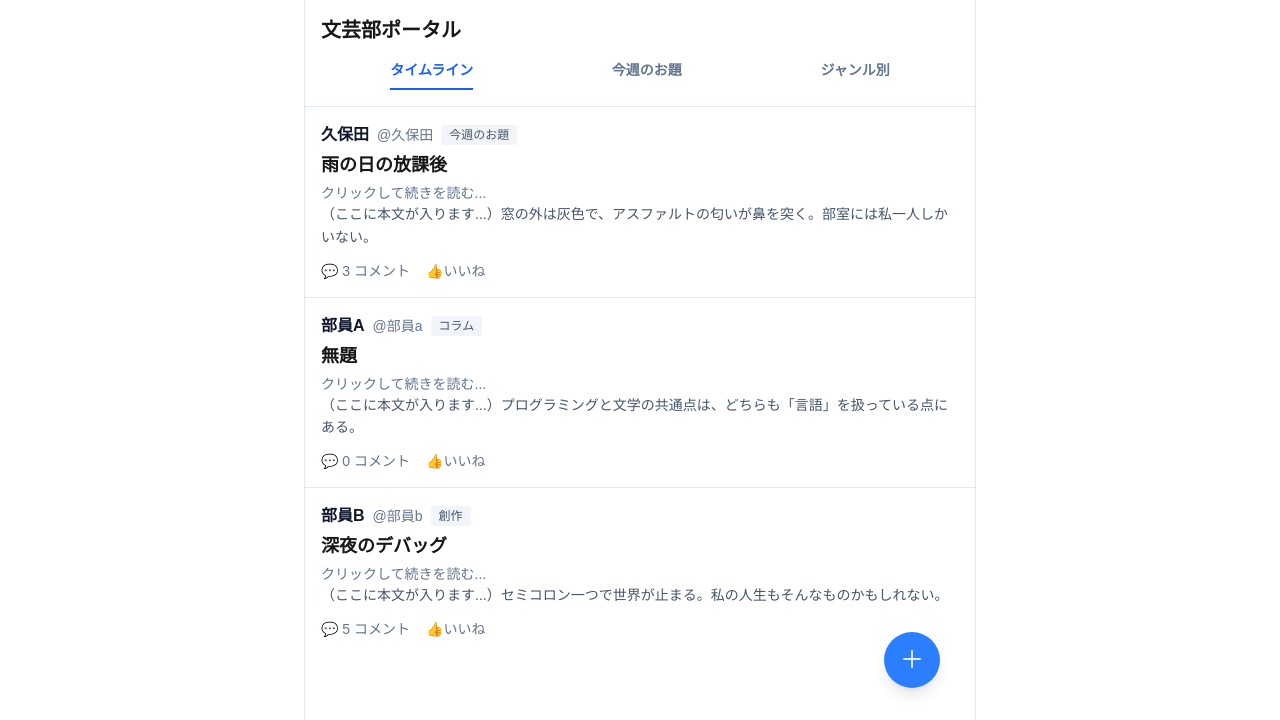
Repository: P-man2976/Literary-club-app
Page: /
The author's editor kept a copy of each file at every save. The page is drawn from the files as they stood at one save, then again after a run of saves.
The browser window is 1280 px wide. The pictures show the whole page.
The project was rebuilt for these pictures with package versions that can differ from the ones it lists, and the page was loaded fresh each time. The framework's server and built-in components were replaced by stand-ins that run in the browser. Also part of the build but not shown: next.config.ts.

Above is the page before, as saved 2026-01-31 11:10:30.

### app/page.tsx
"use client"; // クライアントサイドでの動き（クリックなど）がある場合に必要です

import { useState } from "react";

export default function Home() {
  // 現在開いている投稿のIDを記録する「State」
  // nullなら何も開いていない、数字が入っていればそのIDの投稿が開いている
  const [openPostId, setOpenPostId] = useState<number | null>(null);

  // 仮の投稿データ（後でデータベースと繋ぎます）
  const posts = [
    { id: 1, author: "久保田", title: "雨の日の放課後", body: "（ここに本文が入ります...）窓の外は灰色で、アスファルトの匂いが鼻を突く。部室には私一人しかいない。", comments: 3, tag: "今週のお題" },
    { id: 2, author: "部員A", title: "無題", body: "（ここに本文が入ります...）プログラミングと文学の共通点は、どちらも「言語」を扱っている点にある。", comments: 0, tag: "コラム" },
    { id: 3, author: "部員B", title: "深夜のデバッグ", body: "（ここに本文が入ります...）セミコロン一つで世界が止まる。私の人生もそんなものかもしれない。", comments: 5, tag: "創作" },
  ];

  const togglePost = (id: number) => {
    // すでに開いているIDをもう一度クリックしたら閉じる(nullにする)
    setOpenPostId(openPostId === id ? null : id);
  };

  return (
    <main className="min-h-screen bg-white max-w-2xl mx-auto border-x border-slate-200">
      {/* ヘッダー */}
      <header className="sticky top-0 bg-white/80 backdrop-blur-md border-b border-slate-200 p-4">
        <h1 className="text-xl font-bold">文芸部ポータル</h1>
        {/* タブ切り替え（Twitter風） */}
        <div className="flex mt-4 justify-around text-sm font-bold text-slate-500">
          <div className="text-blue-600 border-b-2 border-blue-600 pb-2 cursor-pointer">タイムライン</div>
          <div className="hover:text-slate-900 cursor-pointer">今週のお題</div>
          <div className="hover:text-slate-900 cursor-pointer">ジャンル別</div>
        </div>
      </header>

      {/* 投稿一覧（タイムライン） */}
      <div className="divide-y divide-slate-200">
        {posts.map((post) => (
          <article key={post.id} className="p-4 hover:bg-slate-50 transition cursor-pointer" onClick={() => togglePost(post.id)}>
            <div className="flex items-center gap-2 mb-1">
              <span className="font-bold text-slate-900">{post.author}</span>
              <span className="text-sm text-slate-500">@{post.author.toLowerCase()}</span>
              <span className="text-xs bg-slate-100 px-2 py-0.5 rounded text-slate-600">{post.tag}</span>
            </div>
            <h2 className="text-lg font-bold mb-1">{post.title}</h2>
            {/* 🔽 Stateによって表示を切り替える部分 */}
            {openPostId === post.id ? (
              <div className="mt-4 p-4 bg-slate-100 rounded-lg border-l-4 border-blue-500 animate-in fade-in duration-300">
                <p className="text-slate-800 whitespace-pre-wrap leading-relaxed">
                  {post.body}
                  {"\n\n"}(長い文章がここに流し込まれるイメージです...)
                </p>
                <div className="mt-4 pt-4 border-t border-slate-300">
                  <p className="text-sm font-bold text-slate-500 mb-2">💬 コメント</p>
                  <input
                    type="text"
                    placeholder="匿名でコメントする..."
                    className="w-full p-2 text-sm border rounded"
                    onClick={(e) => e.stopPropagation()} // 入力欄クリックで閉じないように
                  />
                </div>
              </div>
            ) : (
              <p className="text-slate-500 line-clamp-1 text-sm">
                クリックして続きを読む...
              </p>
            )}
            <p className="text-slate-600 line-clamp-3 text-sm leading-relaxed">
              {post.body}
            </p>
            <div className="mt-3 text-sm text-slate-500 flex gap-4">
              <span>💬 {post.comments} コメント</span>
              <span>👍いいね</span>
            </div>
          </article>
        ))}
      </div>

      {/* 投稿ボタン（右下に固定） */}
      <button className="fixed bottom-8 right-[calc(50%-300px)] w-14 h-14 bg-blue-500 text-white rounded-full shadow-lg flex items-center justify-center text-2xl hover:bg-blue-600">
        ＋
      </button>
    </main>
  );
}

Loaded but not shown: app/layout.tsx (common file); app/globals.css (common file)

After the next 3 saves:
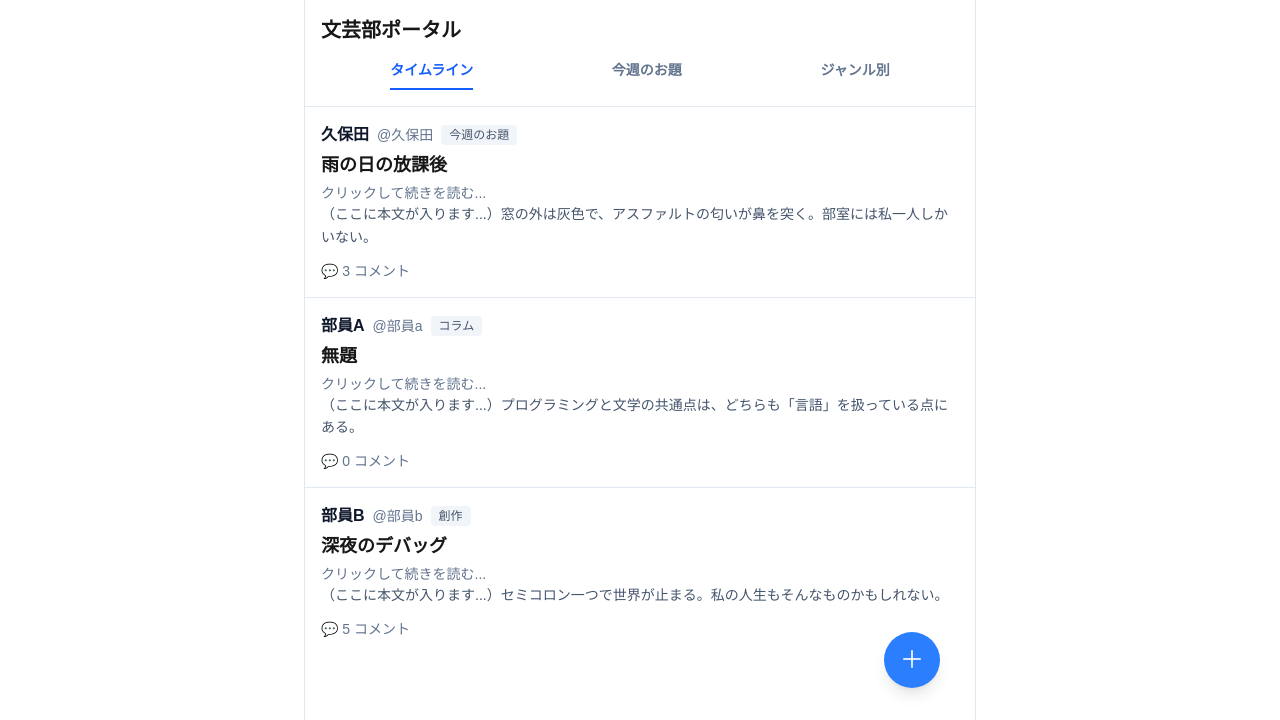
The 3 saves are shown as one change because they came seconds apart.
The last was saved 22 s later.
--- a/app/page.tsx
+++ b/app/page.tsx
@@ -69,7 +69,7 @@ export default function Home() {
             </p>
             <div className="mt-3 text-sm text-slate-500 flex gap-4">
               <span>💬 {post.comments} コメント</span>
-              <span>👍いいね</span>
+
             </div>
           </article>
         ))}
